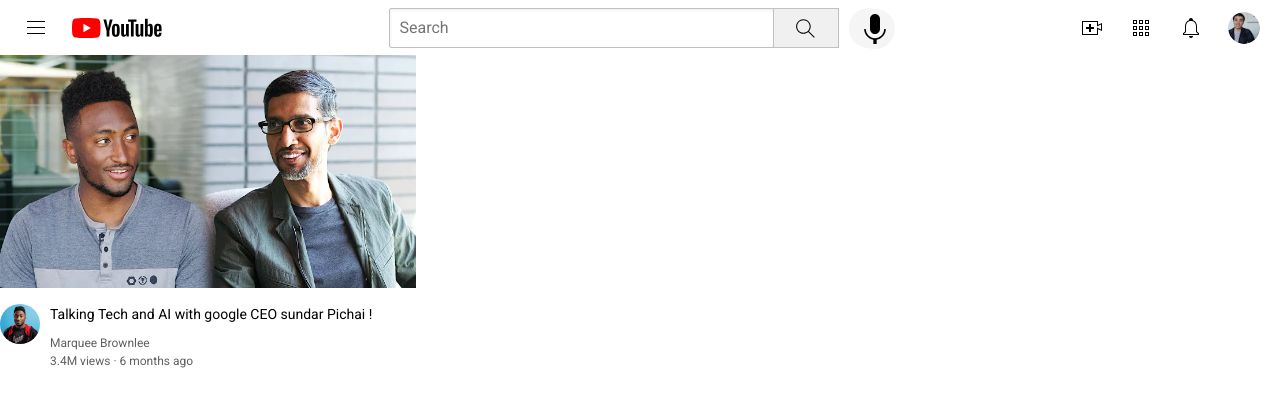
Repository: knowledgeAlan/html-css-thirteen
Page: youtube.html
The author's editor kept a copy of each file at every save. The page is drawn from the files as they stood at one save, then again after the next save.
The browser window is 1280 px wide. The pictures show the whole page.

Above is the page before, as saved 2024-03-19 17:23:21.

After the next save:
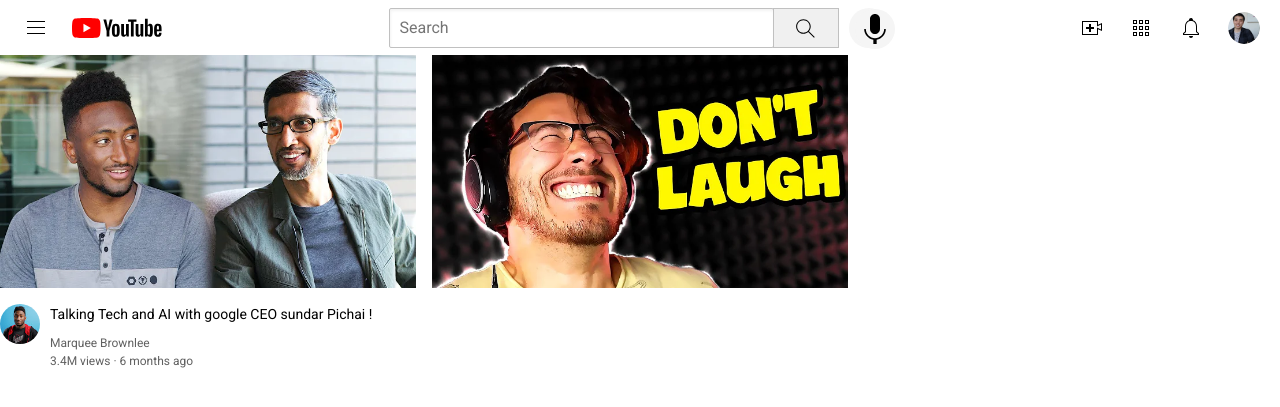
Saved 72 s later.
--- a/youtube.html
+++ b/youtube.html
@@ -81,7 +81,10 @@
 
 
             <div class="video-preview">
+                    <div class="thumbnail-row">
+                        <img class="thumbnail" src="thumbnails/thumbnail-2.webp">
 
+                    </div>
             </div>
 
         </div>
